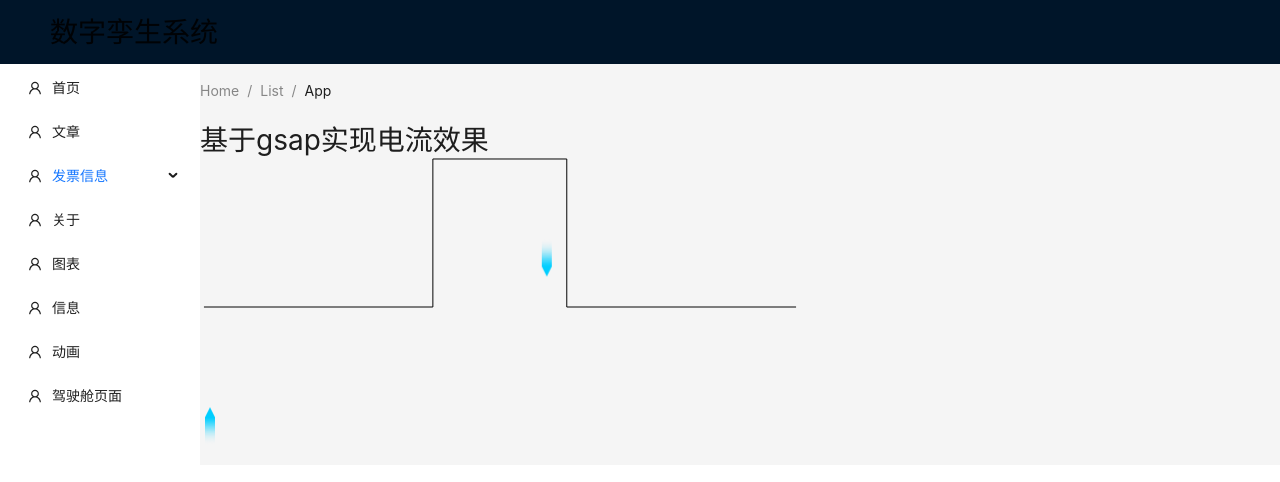
Repository: HailiePan/webpack-react-practice
Page: /animation
These files come from the project's save history. The page is drawn as it stood at one moment and after the next save; the edit follows.
The browser window is 1280 px wide. The pictures show the whole page.
The project was rebuilt for these pictures with package versions that can differ from the ones it lists, and the page was loaded fresh each time. Also part of the build but not shown: src/pages/Animation/component/ScrollAnimation/index.jsx, src/pages/Home.jsx, src/pages/Invoices/index.jsx, src/pages/Invoices/Invoice.jsx, src/pages/Invoices/Pending.jsx, src/pages/Invoices/Complete.jsx, src/components/CommonBox/index.less, src/components/CommonBox/index.jsx and 27 more.

Above is the page before, as saved 2024-01-24 15:46:56.

### index.html
<!--
 * Author  hailie.pan
 * Date  2023-10-08 16:03:03
 * LastEditors  hailie.pan
 * LastEditTime  2023-10-08 16:03:04
 * Description  file content
-->
<!--
 * Author  hailie.pan
 * Date  2023-10-07 17:34:05
 * LastEditors  hailie.pan
 * LastEditTime  2023-10-07 17:34:06
 * Description  file content
-->
<!DOCTYPE html>
<html lang="en">
  <head>
    <meta charset="UTF-8" />
    <meta http-equiv="X-UA-Compatible" content="IE=edge" />
    <meta name="viewport" content="width=device-width, initial-scale=1.0" />
    <title>Document</title>
  </head>
  <body>
    <div id="app"></div>
  </body>
</html>

### src/index.jsx
/*
 * Author  hailie.pan
 * Date  2023-10-07 17:16:58
 * LastEditors  hailie.pan
 * LastEditTime  2023-10-24 17:39:40
 * Description  file content
 */
import React, { StrictMode } from "react";
import * as ReactDOM from "react-dom/client";
import { BrowserRouter, useRoutes } from "react-router-dom";
import { routes } from "@/router";
const App = () => {
  return useRoutes(routes);
};
const root = ReactDOM.createRoot(document.getElementById("app"));
// v18 的新方法
root.render(
  <StrictMode>
    <BrowserRouter>
      <App />
    </BrowserRouter>
  </StrictMode>
);

// BrowserRouter下直接渲染useRoutes,routes里配置好路径对应的组件
// 然后就会显示路径对应的组件
// useRoutes(routes)必须在函数里写着

### src/router/index.js
/*
 * @Author: Hailie.Pan
 * @Date: 2023-11-28 10:30:45
 * @LastEditors: Hailie.Pan
 * @LastEditTime: 2024-01-11 10:41:08
 * @Description:
 */
/*
 * Author  hailie.pan
 * Date  2023-10-13 17:13:27
 * LastEditors  hailie.pan
 * LastEditTime  2023-11-28 10:30:45
 * Description  file content
 */
import React from "react";
import { useRoutes } from "react-router-dom";

import BaseLayout from "@/BaseLayout";

import Home from "@/pages/Home";
import Invoices from "@/pages/Invoices";
import Invoice from "@/pages/Invoices/Invoice";
import Pending from "@/pages/Invoices/Pending";
import Complete from "@/pages/Invoices/Complete";
import About from "@/pages/About";
import Article from "@/pages/Article";
import ControlRoomFirstPage from "@/pages/ControlRoomFirstPage";
import Chart from "@/pages/Chart";
import Info from "@/pages/Info";
import Animation from '@/pages/Animation'

const routes = [
  {
    path: "/",
    element: <BaseLayout />,
    name: "一级场景",
    children: [
      { path: "/home", element: <Home />, name: "首页" },
      { path: "/article", element: <Article />, name: "文章" },
      {
        // path: "/invoices",
        // element: <Invoices />,
        name: "发票信息",
        children: [
          {
            path: "/invoices/invoicesDetail/:id",
            element: <Invoice />,
            name: "发票1详情",
          },
          {
            path: "/invoices/pending",
            element: <Pending />,
            name: "发票2详情",
          },
          {
            path: "/invoices/complete",
            element: <Complete />,
            name: "发票3详情",
          },
        ],
      },

      {
        path: "/about",
        element: <About />,
        name: "关于",
      },
      {
        path: "/chart",
        element: <Chart />,
        name: "图表",
      },
      {
        path: "/info",
        element: <Info />,
        name: "信息",
      },
      {
        path: "/animation",
        element: <Animation />,
        name: "动画",
      },
    ],
  },
  {
    path: "/controlRoomFirstPage",
    element: <ControlRoomFirstPage />,
    name: "驾驶舱页面",
  },
];

export { routes };

### src/BaseLayout/index.jsx
/*
 * Author  hailie.pan
 * Date  2023-10-13 17:28:32
 * LastEditors  hailie.pan
 * LastEditTime  2023-12-04 10:37:50
 * Description  file content
 */

import React, {useEffect, useCallback, useState, useMemo } from 'react';
import { LaptopOutlined, NotificationOutlined, UserOutlined } from '@ant-design/icons';
import { Breadcrumb, Layout, Menu, theme } from 'antd';
import { Link, NavLink, useRoutes, Navigate, Outlet } from 'react-router-dom';
import { gsap } from "gsap";
import { ScrollTrigger } from 'gsap/ScrollTrigger.js'
import { routes } from '@/router';
import StateContext from './data.js';
import styles from './index.less';
import ScrollAnimation from '@/pages/Animation/component/ScrollAnimation'
const { Header, Content, Sider } = Layout;

export default function BaseLayout() {
  // console.log("routes", routes);
  const [selectedMenuKeys, setSelectedMenuKeys] = useState([]);

  // useMemo缓存菜单的计算方法，避免每次刷新时都计算一遍
  // 这个菜单的算法还是不太优美，不好维护
  let showMenu = useMemo(
    () =>
      routes
        .map((item, index) => {
          if (item.children) {
            const arr2 = item.children.map((c, cIndex) => {
              return {
                key: cIndex,
                icon: React.createElement(UserOutlined),
                name: c.name,
                label: (
                  <NavLink to={c.path} state={'From App'}>
                    {c.name}
                  </NavLink>
                ),
                children: c?.children?.map((t, tIndex) => ({
                  key: `${cIndex}-${tIndex}`,
                  icon: React.createElement(UserOutlined),
                  name: t.name,
                  label: <NavLink to={t.path}>{t.name}</NavLink>
                }))
              };
            });
            return arr2;
          } else {
            return {
              key: 'dandu' + index,
              icon: React.createElement(UserOutlined),
              name: item.name,
              label: (
                <NavLink to={item.path} state={'From App'}>
                  {item.name}
                </NavLink>
              )
            };
          }
        })
        .flat(), // arr2是个数组，放到showMenu数组里需要拉平
    []
  );
  showMenu.flat();
  // console.log("showMenu", showMenu);

  const menuArr = [
    {
      key: 0,
      icon: React.createElement(UserOutlined),
      label: (
        <NavLink to="/home" state={'From App'}>
          首页
        </NavLink>
      )
    },

    {
      key: 1,
      icon: React.createElement(LaptopOutlined),
      label: <NavLink to="invoices">发票信息</NavLink>,
      children: [
        {
          key: '1-0',
          label: <NavLink to="/invoices/invoicesDetail/1?a=a&b=b">发票1详情页</NavLink>
        },
        {
          key: '1-1',
          label: <NavLink to="/invoices/pending?fromPage=菜单点击">发票2详情页</NavLink>
        },
        {
          key: '1-2',
          label: (
            <NavLink to="/invoices/complete" state={'左侧菜单点击'}>
              发票3详情页
            </NavLink>
          )
        }
      ]
    },
    {
      key: 2,
      icon: React.createElement(NotificationOutlined),
      label: <NavLink to="about">关于</NavLink>
    },
    {
      key: 3,
      icon: React.createElement(NotificationOutlined),
      label: <NavLink to="controlRoomFirstPage">驾驶舱页面</NavLink>
    },
    {
      key: 4,
      icon: React.createElement(LaptopOutlined),
      label: <NavLink to="article">文章</NavLink>
    }
  ];

  const onSelectMenu = ({ item, key, keyPath, selectedKeys, domEvent }) => {
    setSelectedMenuKeys([key]);
  };

  const [state, setState] = useState('playing');

  // useEffect(()=>{
  //   gsap.registerPlugin(ScrollTrigger)
  //     // 绿色方块
  //     gsap.to("#ewrwer", {
  //       rotation: 900,
  //       x:400,
  //       duration: 1,
  //       scrollTrigger: {
  //         trigger: '#ewrwer', // 动画的元素
  //         scroller: document.getElementById('21321'), // 滚动的元素
  //         scrub: 2,
  //         markers: true,
  //       },

  //     });
  // },[])

  return (
    <Layout className={styles.layoutWrap}>
{/*
      <div className={styles.box} id='21321'>
        <div className={styles.green} id='ewrwer'></div>
        <div style={{height:'1000px'}} />
      </div> */}

      {/* <ScrollAnimation /> */}


      <Header className={styles.header}>
        <div className={styles.logo} />

        <h1>数字孪生系统</h1>
      </Header>

      <Layout>
        <Sider className={styles.sider}>
          <Menu
            mode="inline"
            // defaultSelectedKeys={["0"]}
            // defaultOpenKeys={["sub1"]}
            style={{
              height: '100%',
              borderRight: 0
            }}
            items={showMenu}
            selectedKeys={selectedMenuKeys}
            onSelect={onSelectMenu}
          />
        </Sider>

        <Layout className={styles.rightLayout}>
          <Breadcrumb
            style={{
              margin: '16px 0'
            }}
          >
            <Breadcrumb.Item>Home</Breadcrumb.Item>
            <Breadcrumb.Item>List</Breadcrumb.Item>
            <Breadcrumb.Item>App</Breadcrumb.Item>
          </Breadcrumb>

          <StateContext.Provider value={{ state, setState }}>
            <Content className={styles.content} id='content'>
              <Outlet />
            </Content>
          </StateContext.Provider>
        </Layout>
      </Layout>
    </Layout>
  );
}

### src/pages/Animation/index.jsx
/*
 * @Author: Hailie.Pan
 * @Date: 2024-01-11 10:41:16
 * @LastEditors: Hailie.Pan
 * @LastEditTime: 2024-01-24 15:25:22
 * @Description:
 */
import React, { useRef, useEffect, useState } from 'react';
import { gsap } from 'gsap';
import { ScrollTrigger } from 'gsap/ScrollTrigger.js';
import MoveBox from './component/MoveBox';
import MoveOnPath from './component/MoveOnPath';
import CanvasDraw from './component/CanvasDraw';
import TimeLine from './component/TimeLine';
import ScrollAnimation from './component/ScrollAnimation';
import ScrollAnimation2 from './component/ScrollAnimation2';
import ImitateElectricity from './component/ImitateElectricity';
import DraggableCom from './component/DraggableCom';
import styles from './index.module.less';

export default function Animation() {
  let obj = { myNum: 10, myColor: 'red' };

  useEffect(() => {
    // stagger 依次执行动画
    // gsap.to([boxRef.current, boxRef2.current, boxRef3.current], {
    //   rotation: 360,
    //   stagger:1,
    //   duration:2
    // });

    gsap.to(obj, {
      myNum: 200,
      myColor: 'blue',
      onUpdate: () => {
        console.log('onUpdate', obj.myColor);
      },
      onComplete: () => console.log('onComplete', obj.myNum, obj.myColor)
    });
  }, []);

  return (
    <div className={styles.wrap}>
      {/* <MoveBox /> */}

      {/* 在canvas中驱动元素绘制 */}
      {/* <CanvasDraw /> */}

      {/* 时间线动画 stagger依次错开 */}
      {/* <TimeLine /> */}

      {/* 元素沿SVG路径移动 */}
      {/* <MoveOnPath /> */}

      {/* 把canvas的效果和gsap的效果放在一起对比 */}
      {/* 模拟电流效果 */}
      <ImitateElectricity />

      {/* 滚动动画 */}
      {/* <ScrollAnimation /> */}

      {/* 滚动动画 */}
      {/* <ScrollAnimation2 /> */}

      {/* 可拖拽 */}
      {/* <DraggableCom /> */}
    </div>
  );
}

### src/BaseLayout/data.js
/*
 * Author  hailie.pan
 * Date  2023-11-28 10:20:25
 * LastEditors  hailie.pan
 * LastEditTime  2023-11-28 10:26:27
 * Description  file content
 */
import { createContext } from "react";

const StateContext = createContext({});

export default StateContext;

### src/BaseLayout/index.less
body {
  margin: 0;
  // height: 200vh;
}


.layoutWrap {
  height: 100vh;
  overflow-y: auto;
}

.box{
  height: 200px;
  overflow-y: auto;
  // border: 1px solid rgb(239, 200, 151);
}
.green{
  width: 50px;
  height: 50px;
  background-color: green;
  border-radius: 4px;
  margin: 0 auto;
  position: fixed;
  top: 50%;
  left: 50%;
}
.header {
  display: flex;
  align-items: center;

  .logo {
    width: 100px;
    height: 40px;
    background: rgba(255, 255, 255, 0.5);
    margin-right: 20px;
  }
  h1 {
    color: #fff;
    padding: 0;
    margin: 0;
  }
}
@colorBgContainer: #fff;
.sider {
  width: 200;
  background: @colorBgContainer;
}
.rightLayout {
  padding: 0 24px 24px;
}

.content {
  padding: 24px;
  margin: 0;
  min-height: 280px;
  background: @colorBgContainer;
  // border: 1px solid green; // 高度没有被页面的高度撑开
  // height: auto;
  overflow-y: scroll;
}

### src/pages/home.less
@color: rgb(248, 157, 39);

@font-face {
  font-family: "DIN";
  src: url("@/assets/fonts/庞门正道标题体2.0增强版.ttf");
  font-style: normal;
  font-weight: normal;
}
.wrapper {
  font-weight: 700;
  color: #333;

  ul {
    color: @color;
    // list-style-type: none;
  }
  .fontStyle {
    font-family: "DIN";
  }

  .box {
    height: 500px;
    margin-top: 20px;
    display: flex;
    .item {
      flex-shrink: 1; //属性定义了项目的缩小比例，默认为1，即如果空间不足，该项目将缩小
      flex-grow: 1; // 定义项目的放大比例，默认为0，即如果存在剩余空间，也不放大
      width: 300px;
      background-color: #fce09e;
      border: 1px solid rgb(255, 162, 0);
    }
  }
  .showImg {
    display: flex;
    img {
      width: 100px;
      height: 100px;
      margin-top: 10px;
      display: block;
    }
  }
}

### src/pages/Animation/component/ImitateElectricity/index.jsx
/*
 * @Author: Hailie.Pan
 * @Date: 2024-01-16 22:18:53
 * @LastEditors: Hailie.Pan
 * @LastEditTime: 2024-01-24 15:46:40
 * @Description:
 */
import React, { useEffect, useRef } from 'react';
import { gsap } from 'gsap';
import { MotionPathPlugin, MotionPathHelper } from 'gsap/all';
import styles from './index.module.less';

export default function ImitateElectricity() {
  const jiantou = useRef();
  const jiantou2 = useRef();

  useEffect(() => {
    // 注册插件
    gsap.registerPlugin(MotionPathPlugin);

    const tl = gsap.timeline();

    gsap.set([jiantou.current, jiantou2.current], { scale: 0.5, autoAlpha: 1 });

    tl.to([jiantou.current], {
      duration: 8,
      ease: 'none',
      immediateRender: true,
      repeat: -1, // 重复
      stagger: 2, // 间隔时间
      motionPath: {
        path: '#xianlu', // 路径
        align: '#xianlu', // 对齐到路径
        alignOrigin: [0.5, 0.5], // 对齐原点
        autoRotate: 90, // 沿路径方向旋转角度
        offsetX: -20
        // offsetY: 0,
      }
    });
    // gsap.registerPlugin(MotionPathPlugin, MotionPathHelper)
  }, []);

  return (
    <div>
      <h1>基于gsap实现电流效果</h1>
      {/* svg路径必须是path */}
      <svg class={styles.motionPath} viewBox="0 0 600 152">
        <path fill="none" stroke="#000" d="m0,151h231.97V1h135.69v150h232.35" />
        <path
          id="xianlu"
          fill="none"
          stroke="none"
          d="m0,151h225.12c3.78,0,6.85-3.06,6.85-6.85V8.04c0-3.89,3.15-7.04,7.04-7.04h121.97c3.69,0,6.68,2.99,6.68,6.68v136.63c0,3.69,3,6.69,6.69,6.69h225.66"
        />
      </svg>

      <div className={styles.jiantou} ref={jiantou}></div>
      <div className={styles.jiantou} ref={jiantou2}></div>
    </div>
  );
}

### src/pages/Animation/component/ScrollAnimation/index.module.less

.wrap{
  border:1px solid red;
  height: 600px;
  background-color: #111;
  color: white;
  // overflow-x: hidden;
  overflow-y: scroll;
}
h1, h2 {
  margin: 0;
  font-weight: 400;
  max-width: none;
}
.headerSection{
  height: 400px;
  line-height: 400px;
  border: 1px solid rgb(255, 140, 0);
}

.comparisonSection {
  position: relative;
  padding-bottom: 56.25%; /* to maintain aspect ratio (responsive!) */
  border: 1px solid yellow;

  .comparisonImage {
    width: 100%;
    height: 100%;

    img {
      width: 100%;
      height: 100%;
      position: absolute;
      top: 0;
    }
  }

  .afterImage {
    position: absolute;
    overflow: hidden;
    top: 0;
    transform: translate(100%, 0px);
    img {
      transform: translate(-100%, 0px);
    }
  }
}

### src/pages/Animation/component/ImitateElectricity/index.module.less
.motionPath {
  overflow: visible;
  width: 600px;
  height: 150px;
}

.jiantou {
  width: 20px;
  height: 77px;
  background: url('./assets/jiantou2.png');
}

After the next save:
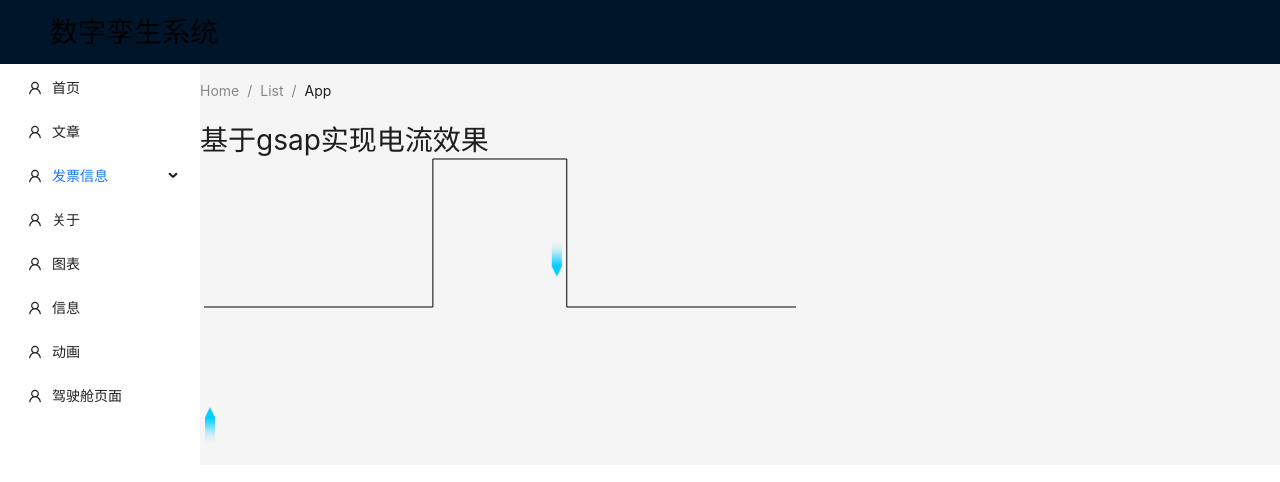
Saved 8 s later.
--- a/src/pages/Animation/component/ImitateElectricity/index.jsx
+++ b/src/pages/Animation/component/ImitateElectricity/index.jsx
@@ -33,7 +33,7 @@ export default function ImitateElectricity() {
         align: '#xianlu', // 对齐到路径
         alignOrigin: [0.5, 0.5], // 对齐原点
         autoRotate: 90, // 沿路径方向旋转角度
-        offsetX: -20
+        offsetX: -10
         // offsetY: 0,
       }
     });
